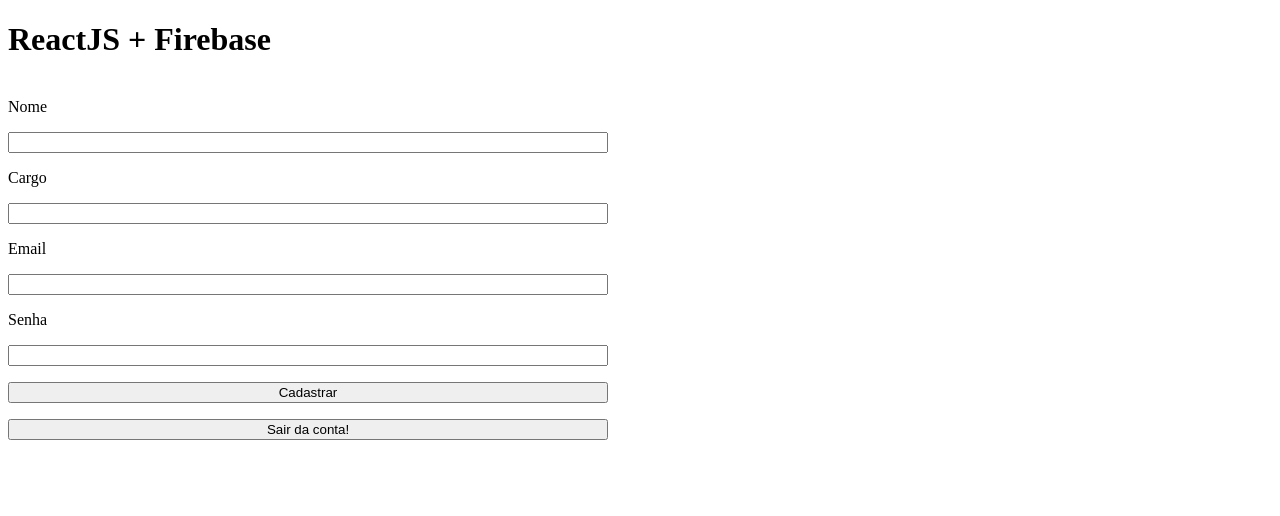
Repository: joaoaspimienta/Estudos-de-firebase
Page: /
These files come from the project's save history. The page is drawn as it stood at one moment and after a run of saves; the edit follows.
The browser window is 1280 px wide. The pictures show the whole page.
The project was rebuilt for these pictures with package versions that can differ from the ones it lists, and the page was loaded fresh each time.

Above is the page before, as saved 2022-06-16 16:43:34.

### src/App.js
import { useState } from "react";
import firebase from "./firebaseConnection";
import "./style.css";

function App() {
  const [email, setEmail] = useState("");
  const [senha, setSenha] = useState("");
  const [nome, setNome] = useState("");
  const [cargo, setCargo] = useState("");

  async function novoUsuario() {
    await firebase
      .auth()
      .createUserWithEmailAndPassword(email, senha)
      .then(async (value) => {
        await firebase
          .firestore()
          .collection("users")
          .doc(value.user.uid)
          .set({
            nome: nome,
            cargo: cargo,
            status: true,
          })
          .then(() => {
            setNome("");
            setCargo("");
            setEmail("");
            setSenha("");
          });
      })
      .catch((error) => {
        if (error.code === "auth/weak-password") {
          alert("senha muito fraca");
        } else if (error.code === "auth/email-already-in-use") {
          alert("Esse email ja existe!");
        }
      });
  }

  async function logout() {
    await firebase.auth().signOut();
  }

  return (
    <div>
      <h1>ReactJS + Firebase</h1>
      <br />
      <div className="container">
        <label>Nome</label>
        <input
          type="text"
          value={nome}
          onChange={(e) => setNome(e.target.value)}
        />
        <label>Cargo</label>
        <input
          type="text"
          value={cargo}
          onChange={(e) => setCargo(e.target.value)}
        />
        <label>Email</label>
        <input
          type="text"
          value={email}
          onChange={(e) => setEmail(e.target.value)}
        />
        <label>Senha</label>
        <input
          type="password"
          value={senha}
          onChange={(e) => setSenha(e.target.value)}
        />
        <button onClick={novoUsuario}>Cadastrar</button>
        <button onClick={logout}>Sair da conta!</button>
      </div>
    </div>
  );
}

export default App;

### src/firebaseConnection.js
import firebase from "firebase/app";
import "firebase/firestore";
import "firebase/auth";

let firebaseConfig = {
  apiKey: "AIzaSyBM8zXTuMB9OuHMgazGoDHqoWQcRxFFhw8",
  authDomain: "react-zero-ao-avancado.firebaseapp.com",
  projectId: "react-zero-ao-avancado",
  storageBucket: "react-zero-ao-avancado.appspot.com",
  messagingSenderId: "829524555310",
  appId: "1:829524555310:web:21abf5fa7f77d62df511bf",
  measurementId: "G-5HZY1965W8",
};

if (!firebase.apps.length) {
  firebase.initializeApp(firebaseConfig);
}

export default firebase;

### src/style.css
.container{
  width: 600px;
  display: flex;
  flex-direction: column;
  gap: 1rem;
}

Loaded but not shown: public/index.html (common file); src/index.js (common file)

After the next 2 saves:
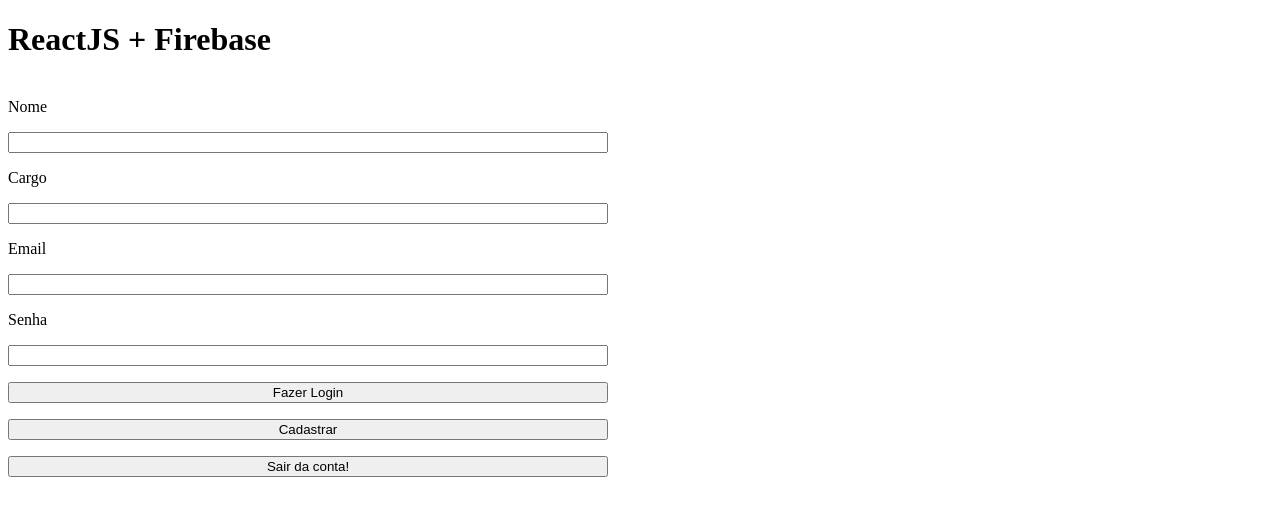
The 2 saves are shown as one change because 1 did not build or start.
The last was saved 44 min 44 s later.
--- a/src/App.js
+++ b/src/App.js
@@ -7,6 +7,7 @@
   const [senha, setSenha] = useState("");
   const [nome, setNome] = useState("");
   const [cargo, setCargo] = useState("");
+  const [user, setUser] = useState({});
 
   async function novoUsuario() {
     await firebase
@@ -42,6 +43,19 @@
     await firebase.auth().signOut();
   }
 
+  async function login() {
+    await firebase
+      .auth()
+      .signInWithEmailAndPassword(email, senha)
+      .then((value) => {
+        setUser({
+          nome: nome,
+          cargo: cargo,
+          uid: value.user.uid,
+        });
+      });
+  }
+
   return (
     <div>
       <h1>ReactJS + Firebase</h1>
@@ -71,6 +85,8 @@
           value={senha}
           onChange={(e) => setSenha(e.target.value)}
         />
+
+        <button onClick={login}>Fazer Login</button>
         <button onClick={novoUsuario}>Cadastrar</button>
         <button onClick={logout}>Sair da conta!</button>
       </div>
